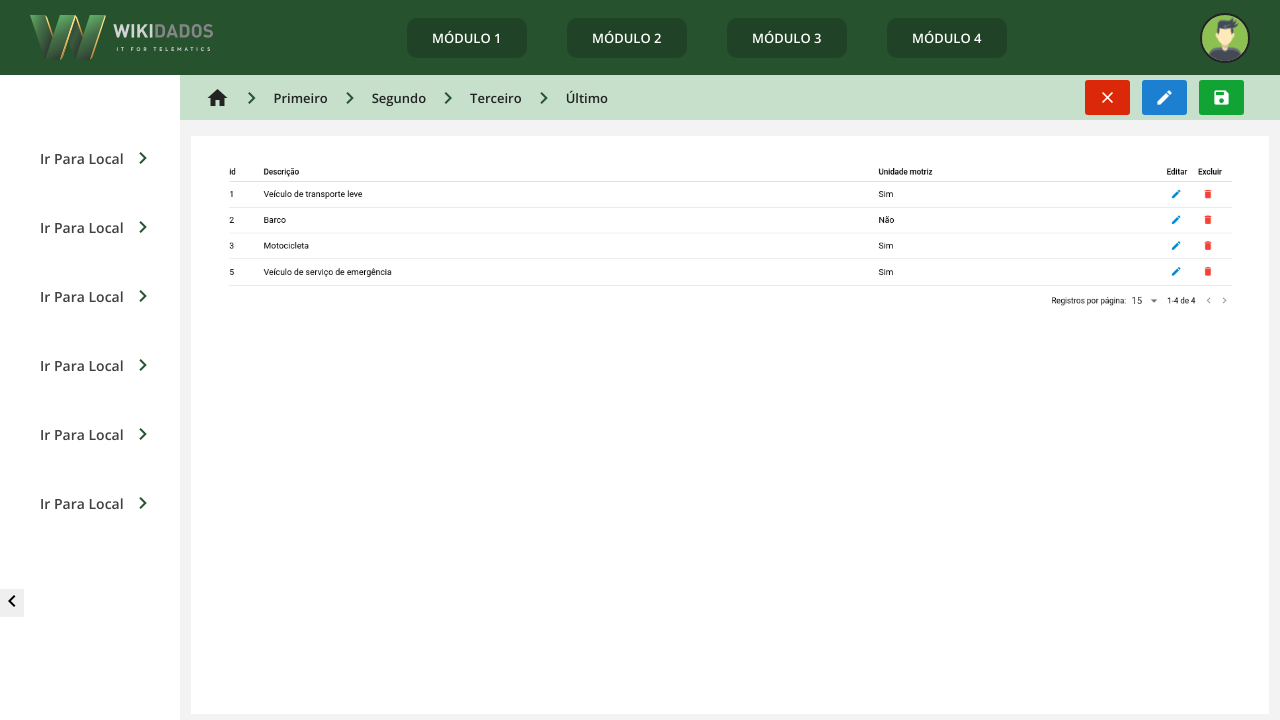
Repository: AlexDjon/alexdjon.github.io
Page: wiki-relayout/index.html
These files come from the project's save history. The page is drawn as it stood at one moment and after the next save; the edit follows.
The browser window is 1280 px wide. The pictures show the whole page.

Above is the page before, as saved 2020-08-12 16:35:53.

After the next save:
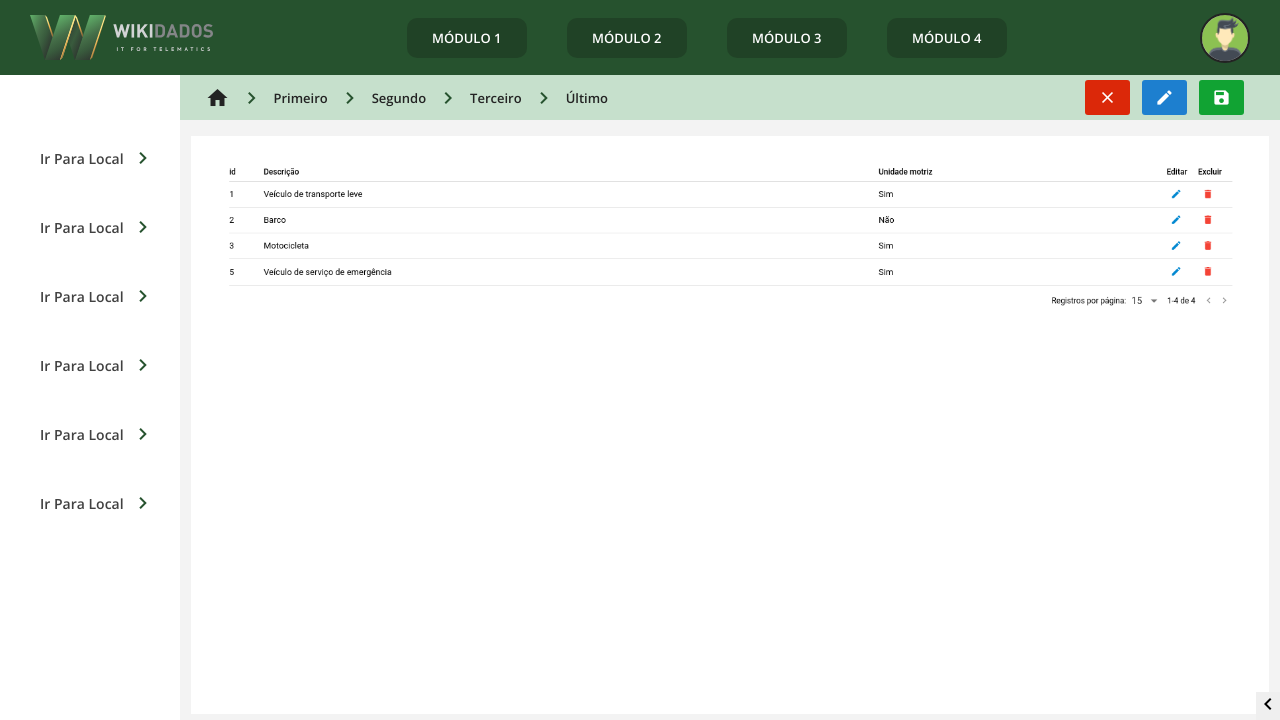
Saved 24 s later.
--- a/wiki-relayout/css/styles.css
+++ b/wiki-relayout/css/styles.css
@@ -149,6 +149,11 @@ body {
 .navbar .menu li i {
   color: var(--verdeW);
 }
+.navbar .close {
+  position: absolute;
+  bottom: 0;
+  right: 0;
+}
 
 
 /* CONTEUDO */
